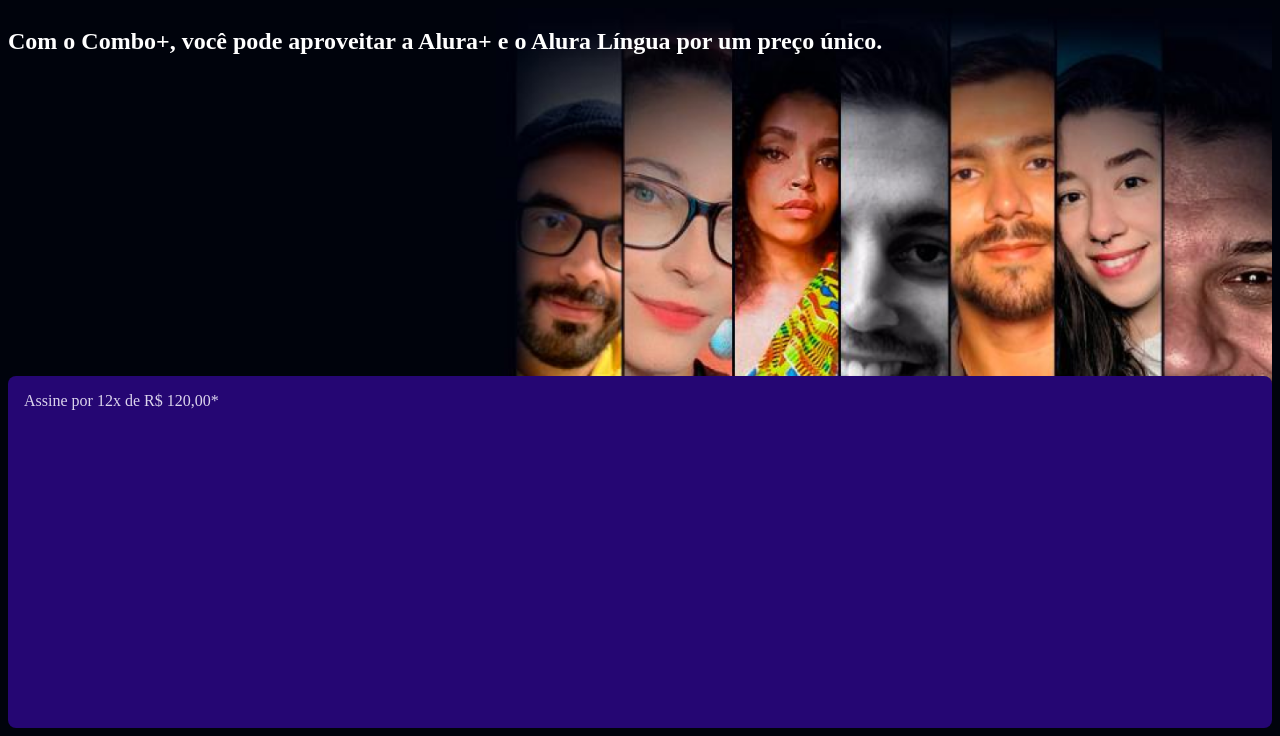
Repository: DamnDTX/praticando-font-end
Page: index.html
These files come from the project's save history. The page is drawn as it stood at one moment and after the next save; the edit follows.
The browser window is 1280 px wide. The pictures show the whole page.

Above is the page before, as saved 2023-07-13 14:41:33.

### index.html
<!DOCTYPE html>
<html lang="pt-br">
<head>
    <meta charset="UTF-8">
    <meta name="viewport" content="width=device-width, initial-scale=1.0">
    <link rel="stylesheet" href="./css/styles.css">
    <link rel="reset" href="./css/reset.css">
    <title>Alura-Plus</title>
</head>
<body>
        <section class="container principal">

            <h1> Com o Combo+, você pode aproveitar a Alura+ e o Alura Língua por um preço único.</h1>
     <a href="www.alura.com.br" class="container__botao">Assine por 12x de R$ 120,00*</a>

    </section>

</body>
</html>

### css/styles.css
:root {
    --corbackground: #00030C;
    --cor-titulo: #FFFFFF;
    --cor-subfrases: #C0C0C0;
    --cor-botao: #250673;
    --cor-frase-botao: #dcd5ed;
}

body{
    background-color: var(--corbackground);
    color: var(--cor-titulo);
}

.principal{
    background-image: url("/imagens/Background.png");
    background-repeat: no-repeat;
    background-size: contain;
}


.container
{
    height: 100vh;
    display: grid;
}

.container__botao{
text-decoration: none;
background-color: var(--cor-botao);
border-radius: 8px;
padding: 1rem;
color:var(--cor-frase-botao);
display: block;
}

After the next save:
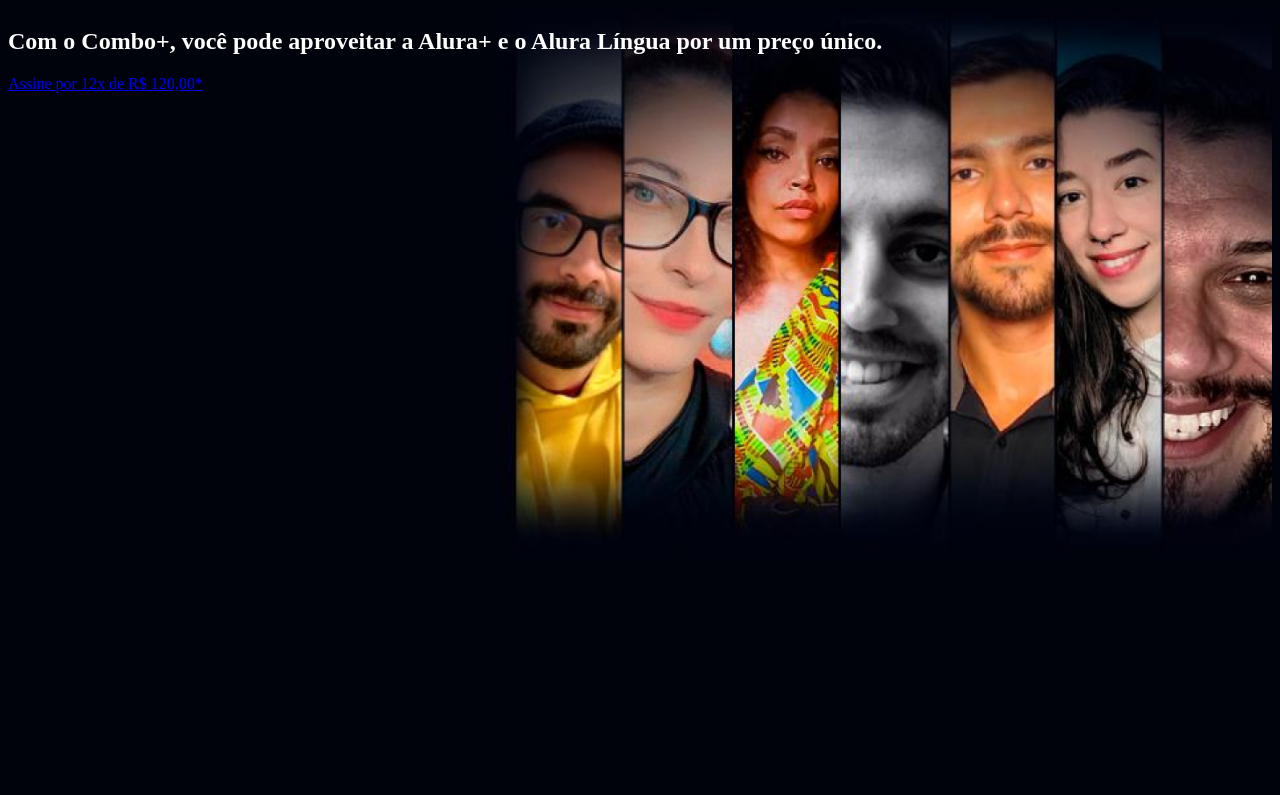
Saved 21 s later.
--- a/index.html
+++ b/index.html
@@ -8,12 +8,19 @@
     <title>Alura-Plus</title>
 </head>
 <body>
+    <header>
+
+    </header>
+
         <section class="container principal">
+        <h1>
+            Com o Combo+, você pode aproveitar a Alura+ e o Alura Língua por um preço único.
+     </h1>
+     <a href="www.alura.com.br" class="container">Assine por 12x de R$ 120,00*</a>
+        </section>
 
-            <h1> Com o Combo+, você pode aproveitar a Alura+ e o Alura Língua por um preço único.</h1>
-     <a href="www.alura.com.br" class="container__botao">Assine por 12x de R$ 120,00*</a>
+    <footer>
 
-    </section>
-
+    </footer>
 </body>
 </html>
